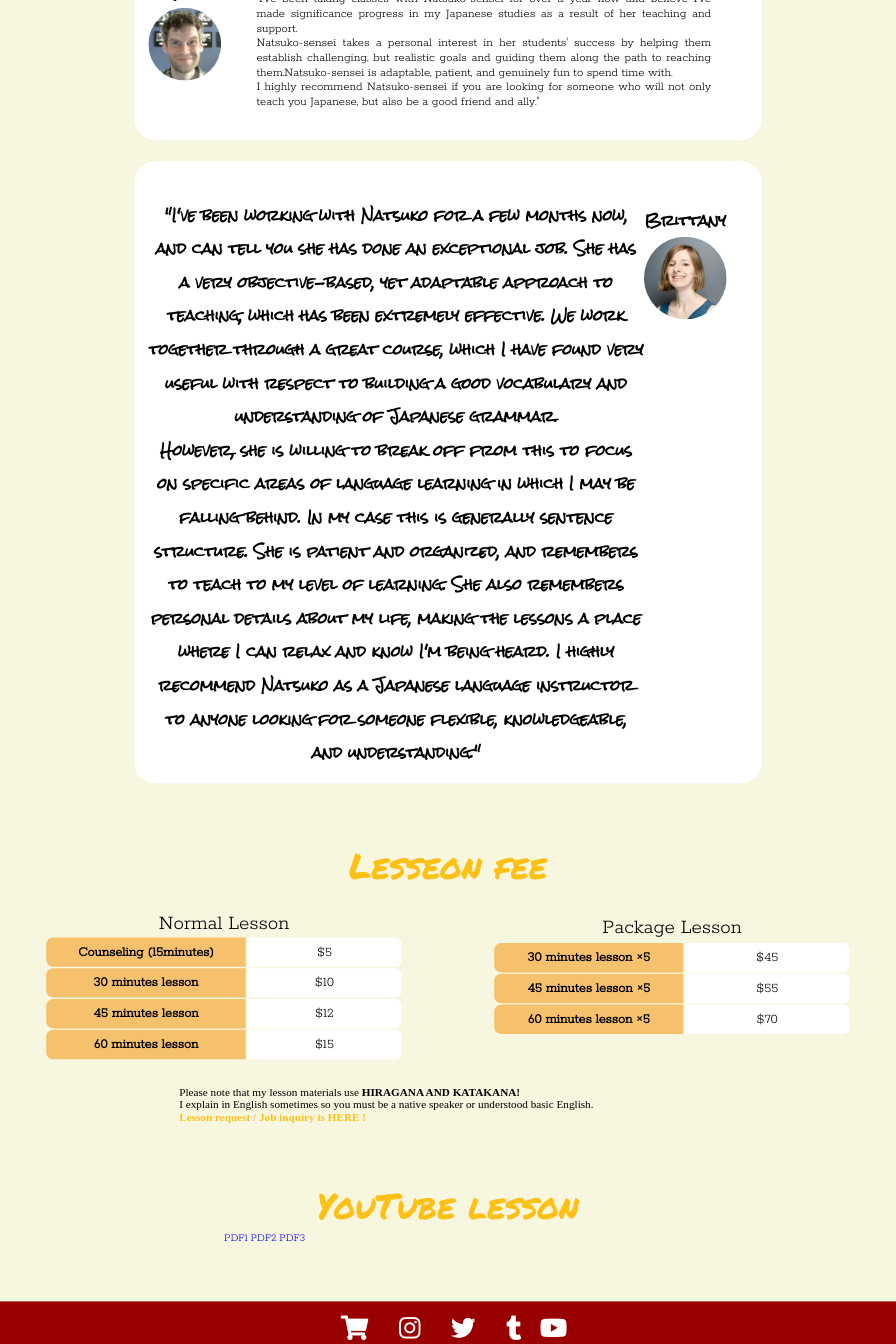
Repository: Natsuko0920/natsukohorii.github.io
Page: lesson/lesson.html
The author's editor kept a record of every edit. The page is drawn from the files as they stood at one moment, then again after the next edit.
The browser window is 1280 px wide. The pictures show the part of the page from y = 2863 to 4783 px (the page is 4885 px tall before and 4196 px after), at 70% of full size.
Some web libraries are served in a nearby version.

Above is the page before.

After the next edit:
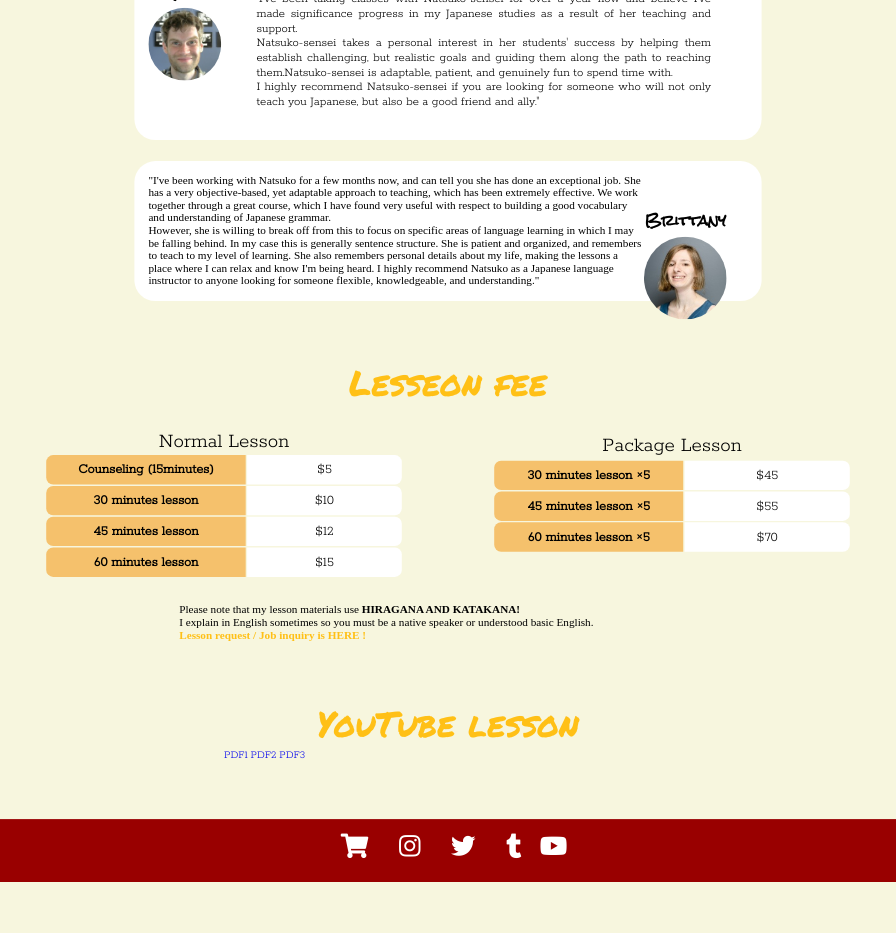
The edit:
--- a/lesson/lesson.html
+++ b/lesson/lesson.html
@@ -183,7 +183,7 @@
             </div>
             <div class="reviews">
             <div class="box7">
-            <h5>
+            <h9>
             <br>"I've been working with Natsuko for a few months now, and can tell you she has done an exceptional job.
 She has a very objective-based, yet adaptable approach to teaching, which has been extremely effective. We work together through a great course, which I have found very useful with respect to building a good vocabulary and understanding of Japanese grammar.
 <br>However, she is willing to break off from this to focus on specific areas of language learning in which I may be falling behind. In my case this is generally sentence structure.
